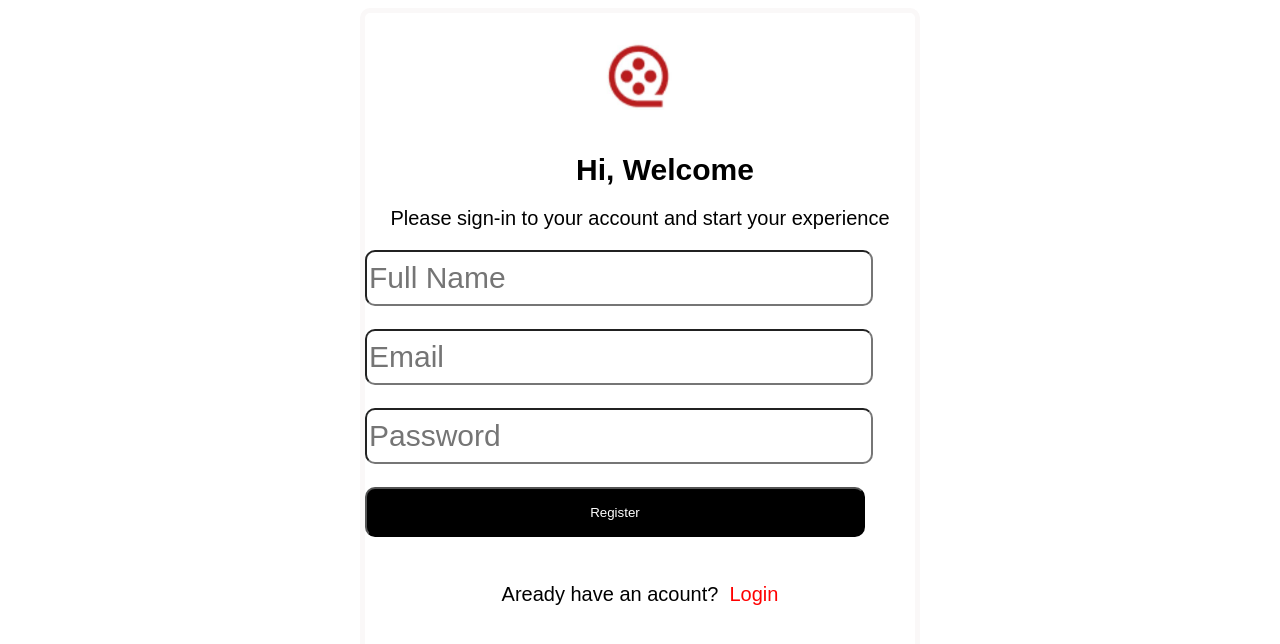
Repository: KingBoyMaylow/movie-task
Page: index.html
An editor plug-in stored every save of this project. The page is shown before and after a run of saves, followed by the edit.
The browser window is 1280 px wide. The pictures show the whole page.

Above is the page before, as saved 2024-05-20 14:25:24.

### index.html
<!DOCTYPE html>
<html>
<head>
    <link rel="stylesheet" href="script.css">
  <title>document</title>
</head>
<body>
    <div class="firstdiv">
        <img src="WhatsApp Image 2024-05-20 at 13.51.03_2167d28e.jpg" alt="div">
        <h1>Hi, Welcome</h1>
  <h3>Please sign-in to your account and start your experience</h3>

  <form action="signup.php" method="post">

    <label form="<div class="form-group">
      <label for=""></label>
      <input type="Full Name" class="form-control" name="Full Name" id="full Name" placeholder="Full Name">
    <br>

    <br><label form="<div class="">
      <label for=""></label>
      <input type="email" class="form-control" name="email" id="email" placeholder="Email">
    <br>

    <br><label form="<div class="form-group">
      <label for=""></label>
      <input type="password" class="form-control" name="" id="" placeholder="Password">
    <br>

    <br><input type="submit" value="Register" class="register-btn">
  <br>

    <br><br><span>Aready have an acount? &nbsp; <a href="http://127.0.0.1:5500/2index.html">Login</a></span>
</div>
</body>
</html>

### script.css
body{
    font: 1em sans-serif;
    font-size: 20px;
    font-weight: 100px;
    display: flex;
    flex-direction: column;
    flex-wrap: wrap;
    justify-content: center;
    align-items: center;
}
h3{
    font-size: 20px;
    font-weight: normal;
    text-align: center;
}

.form-control{
    height: 50px;
    width: 500px;
    border-radius: 10px;
    font-size: 30px;
    ma
    align-items: center;
}
h1{
    margin-left: 50px;
    text-align: center;
    font-size: 30px;
}
img{
    width: 150px;
    display: block;
    margin: auto;
    height: 120px;
}
.firstdiv{
    border: 5px solid rgb(250, 248, 248);
    border-radius: 10px;
    width: 550px;
    height: 650px;

}
.register-btn{
    width: 500px;
    background-color: black;
    color: white;
    height: 50px;
    border-radius: 10px;

}

span a {
    color: red;
    text-decoration: none;
}

.div2{
    border: 5px solid rgb(250, 248, 248);
    border-radius: 10px;
    width: 550px;
    height: 600px;

}
span{
    display: flex;
    justify-content: center;
    align-items: center;
}

After the next 3 saves:
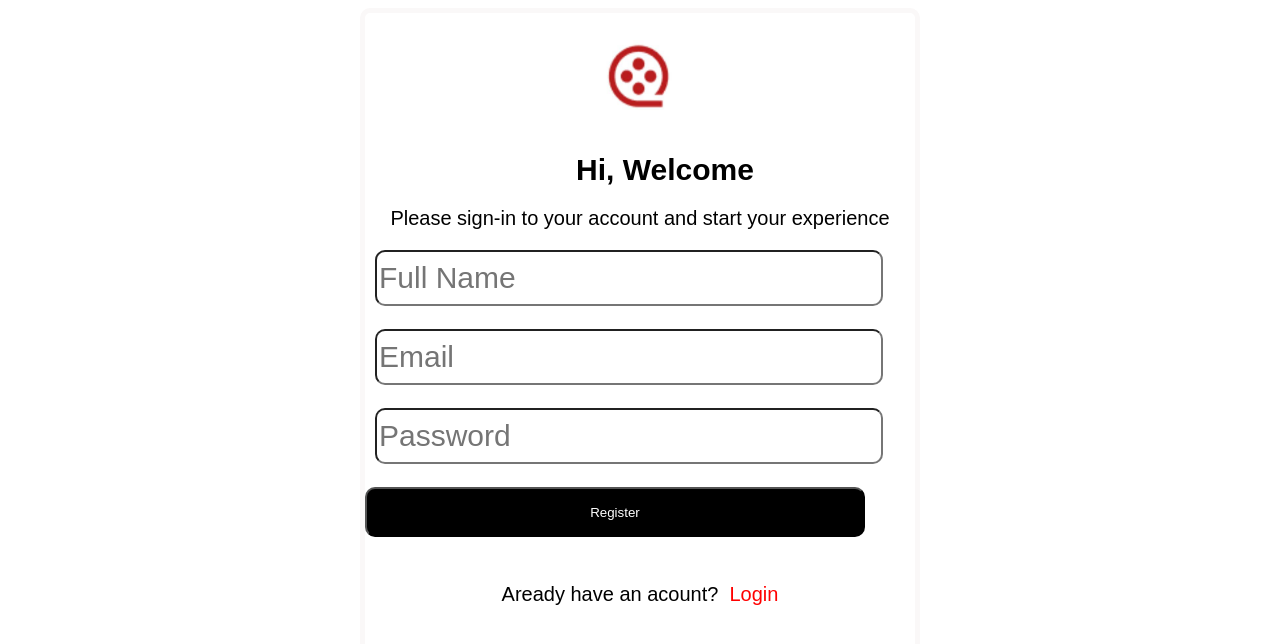
The 3 saves are shown as one change because they came seconds apart.
The last was saved 9 s later.
--- a/script.css
+++ b/script.css
@@ -19,7 +19,7 @@ h3{
     width: 500px;
     border-radius: 10px;
     font-size: 30px;
-    ma
+    margin-left: 10px;
     align-items: center;
 }
 h1{
